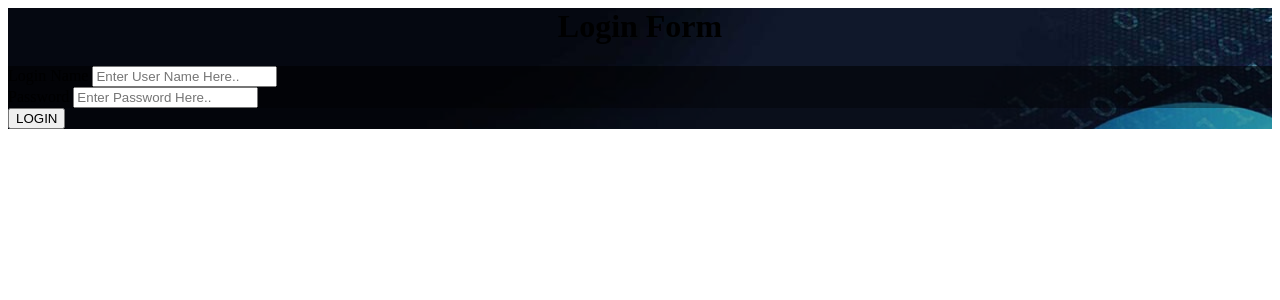
Repository: yogenderupadhyay/Project-2
Page: LetsTalkFrontend/WebContent/c_user/Login.html
These files come from the project's save history. The page is drawn as it stood at one moment and after the next save; the edit follows.
The browser window is 1280 px wide. The pictures show the whole page.

Above is the page before, as saved 2018-08-01 17:22:56.

After the next save:
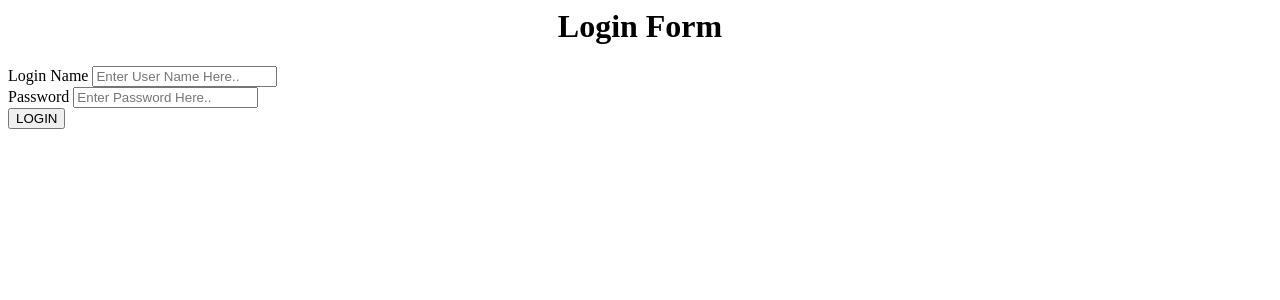
Saved 50 s later.
--- a/LetsTalkFrontend/WebContent/c_user/Login.html
+++ b/LetsTalkFrontend/WebContent/c_user/Login.html
@@ -1,16 +1,16 @@
-<div class="container" data-ng-Controller="UserController" style="background-image:url('resources/img/login.jpg'); ">
+<div class="container" data-ng-Controller="UserController">
 
  <h1 class="well"><center><font face="Monotype Corsiva">Login Form</font></center></h1>
 	<div class="col-lg-12 well">
-	<div class="row" style="background: rgba(0, 0, 0, 0.2);">
-				<form class="form" style="background: rgba(0, 0, 0, 0.2);">
+	<div class="row">
+				<form>
 					<div class="col-sm-12">
-						<div class="row" style="background: rgba(0, 0, 0, 0.2);">
-							<div class="col-sm-6 form-group" style="background: rgba(0, 0, 0, 0.2);">
+						<div class="row">
+							<div class="col-sm-6 form-group">
 								<label>Login Name</label>
 								<input type="text" name="loginname" data-ng-model="User.emailID"  placeholder="Enter User Name Here.." class="form-control">
 							</div>
-							<div class="col-sm-6 form-group" style="background: rgba(0, 0, 0, 0.2);">
+							<div class="col-sm-6 form-group">
 								<label>Password </label>
 								<input type="password" name="password" data-ng-model="User.password" placeholder="Enter Password Here.." class="form-control">
 							</div>
